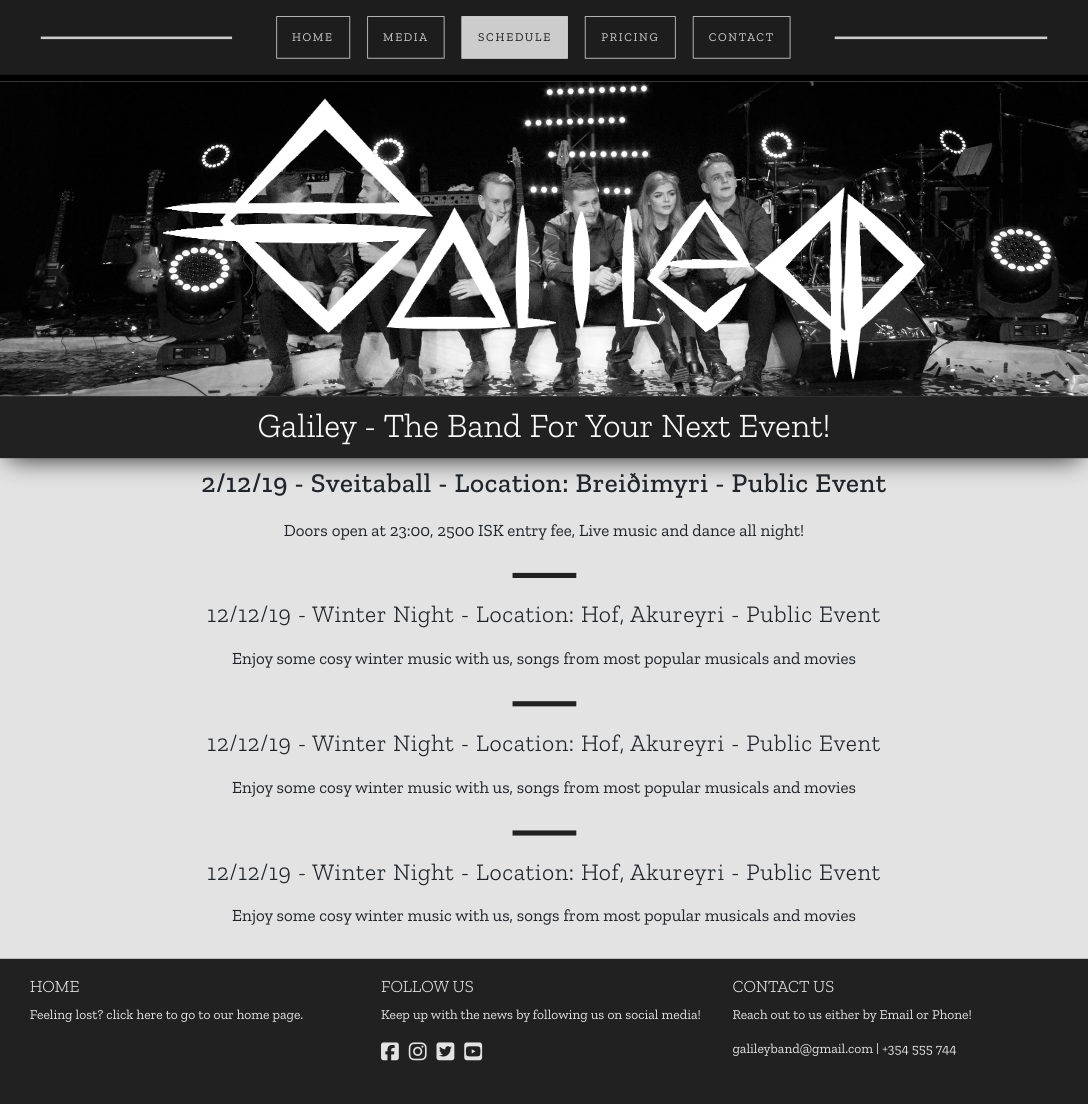
Repository: HeimirDavid/Galiley-Website
Page: schedule.html
The author's editor kept a record of every edit. The page is drawn from the files as they stood at one moment, then again after the next edit.
The browser window is 1280 px wide. The pictures show the whole page, at 85% of full size.
Some web libraries are served in a nearby version.

Above is the page before.

### schedule.html
<!DOCTYPE html>
<html lang="en">

<head>
    <meta charset="UTF-8">
    <meta name="viewport" content="width=device-width, initial-scale=1.0">
    <meta http-equiv="X-UA-Compatible" content="ie=edge">

    <link rel="stylesheet" href="https://stackpath.bootstrapcdn.com/bootstrap/4.3.1/css/bootstrap.min.css" integrity="sha384-ggOyR0iXCbMQv3Xipma34MD+dH/1fQ784/j6cY/iJTQUOhcWr7x9JvoRxT2MZw1T" crossorigin="anonymous">
    <link rel="stylesheet" href="https://cdnjs.cloudflare.com/ajax/libs/hover.css/2.3.1/css/hover-min.css" type="text/css" />
    <link rel="stylesheet" href="assets/css/style.css" type="text/css" />

    <script src="https://code.jquery.com/jquery-3.3.1.slim.min.js" integrity="sha384-q8i/X+965DzO0rT7abK41JStQIAqVgRVzpbzo5smXKp4YfRvH+8abtTE1Pi6jizo" crossorigin="anonymous"></script>
    <script src="https://cdnjs.cloudflare.com/ajax/libs/popper.js/1.14.7/umd/popper.min.js" integrity="sha384-UO2eT0CpHqdSJQ6hJty5KVphtPhzWj9WO1clHTMGa3JDZwrnQq4sF86dIHNDz0W1" crossorigin="anonymous"></script>
    <script src="https://stackpath.bootstrapcdn.com/bootstrap/4.3.1/js/bootstrap.min.js" integrity="sha384-JjSmVgyd0p3pXB1rRibZUAYoIIy6OrQ6VrjIEaFf/nJGzIxFDsf4x0xIM+B07jRM" crossorigin="anonymous"></script>
    <script src="https://kit.fontawesome.com/2ea8c5e5d2.js" crossorigin="anonymous"></script>

    <title>Galiley</title>
</head>

<body>
    <header>
        <!------ Header Navigation Menu, Mainly written with bootstrap  ------>
        <div class="row no-gutters">
            <div class="col black-container">
                <nav class="navbar fixed-top navbar-expand-md navbar-dark bg-dark" id="navbar-black-color">
                    <!-- Navbar position with help of this  -->
                    <a class="navbar-brand" href="index.html">Galiley - Home</a>
                    <!-- tutorial: https://www.youtube.com/watch?v=NzjU1GmKosQ&t=90s  -->
                    <button class="navbar-toggler" type="button" data-toggle="collapse" data-target="#navbarSupportedContent" aria-controls="navbarSupportedContent" aria-expanded="false" aria-label="Toggle navigation">
                    <span class="navbar-toggler-icon"></span></button>
                    <div class="collapse navbar-collapse" id="navbarSupportedContent">
                        <ul class="navbar-nav m-auto">
                            <li class="nav-item menuitem">
                                <a class="nav-link" href="index.html"><span>Home</span></a>
                            </li>
                            <li class="nav-item menuitem">
                                <a class="nav-link" href="media.html"><span>Media</span></a>
                            </li>
                            <li class="nav-item menuitem active-item">
                                <a class="nav-link" href="schedule.html"><span>Schedule</span></a>
                            </li>
                            <li class="nav-item menuitem">
                                <a class="nav-link" href="pricing.html"><span>Pricing</span></a>
                            </li>
                            <li class="nav-item menuitem">
                                <a class="nav-link" href="contact.html"><span>Contact</span></a>
                            </li>
                        </ul>
                    </div>
                </nav>
            </div>
        </div>

        <!------ Header Logo Image ------>
        <div class="logo-container">
            <div class="row no-gutters">
                <div class="col header-background-img">
                    <a href="#">
                    <img class="logo-white" src="assets/images/galiley_vit.png">
                </a>
                </div>
            </div>
        </div>

        <!------ Header Text  ------>
        <div class="row no-gutters">
            <div class="col h1-heading">
                <h1>Galiley - The Band For Your Next Event!</h1>
            </div>
        </div>
    </header>

    <section class="container">
        <div class="row">
            <div class="col text-center">
                <h3 class="header-h3 schedule-header">2/12/19 - Sveitaball - Location: Breiðimyri - Public Event</h3>
                <p class="p-text">
                    Doors open at 23:00, 2500 ISK entry fee, Live music and dance all night!
                </p>
                <hr class="block-devider">
                <h3 class="header-h3">12/12/19 - Winter Night - Location: Hof, Akureyri - Public Event</h3>
                <p class="p-text">
                    Enjoy some cosy winter music with us, songs from most popular musicals and movies
                </p>
                <hr class="block-devider">
                <h3 class="header-h3">12/12/19 - Winter Night - Location: Hof, Akureyri - Public Event</h3>
                <p class="p-text">
                    Enjoy some cosy winter music with us, songs from most popular musicals and movies
                </p>
                <hr class="block-devider">
                <h3 class="header-h3">12/12/19 - Winter Night - Location: Hof, Akureyri - Public Event</h3>
                <p class="p-text">
                    Enjoy some cosy winter music with us, songs from most popular musicals and movies
                </p>
            </div>
        </div>

    </section>
    <!--
    <section class="container-fluid">
        <div class="row">
            <div class="col schedule-col">
                <div class="table-responsive">
                    <table class="table table-hover table-dark">
                        <thead>
                            <tr>
                                <th scope="col">Date</th>
                                <th scope="col">Type</th>
                                <th scope="col">Location</th>
                                <th scope="col">Public/Closed</th>
                            </tr>
                        </thead>
                        <tbody>
                            <tr>
                                <th scope="row">1</th>
                                <td>Mark</td>
                                <td>Otto</td>
                                <td>@mdo</td>
                            </tr>
                            <tr>
                                <th scope="row">2</th>
                                <td>Jacob</td>
                                <td>Thornton</td>
                                <td>@fat</td>
                            </tr>
                            <tr>
                                <th scope="row">3</th>
                                <td colspan="2">Larry the Bird</td>
                                <td>@twitter</td>
                            </tr>
                        </tbody>
                    </table>
                </div>
            </div>
        </div>
    </section>
    -->

    <footer>
        <!------ Footer section, Mainly structured and written with the help from CI tutorials from the Resume-Project.
                             Since i liked the design and strucure and felt that it fits well within this project. ------>
        <div class="container-fluid">
            <div class="row" id="footer-details">
                <div class="col-sm-4">
                    <h5 class="uppercase footer-heading">
                        <a href="index.html" class="footer-links">Home</a>
                    </h5>
                    <p class="inline-block">Feeling lost? click here to go to our home page.</p>
                </div>

                <div class="col-sm-4">
                    <h5 class="uppercase footer-heading">Follow Us</h5>
                    <p class="inline-block">Keep up with the news by following us on social media!</p>
                    <ul class="list-inline social-media-links">
                        <li class="list-inline-item">
                            <a class="footer-links" target="_blank" href="https://www.facebook.com/GalileyBand/">
                                <i class="fab fa-facebook-square"></i>
                                <span class="sr-only">Facebook</span>
                            </a>
                        </li>
                        <li class="list-inline-item">
                            <a class="footer-links" target="_blank" href="#">
                                <i class="fab fa-instagram"></i>
                                <span class="sr-only">Instagram</span>
                            </a>
                        </li>
                        <li class="list-inline-item">
                            <a class="footer-links" target="_blank" href="#">
                                <i class="fab fa-twitter-square"></i>
                                <span class="sr-only">Twitter</span>
                            </a>
                        </li>
                        <li class="list-inline-item">
                            <a class="footer-links" target="_blank" href="#">
                                <i class="fab fa-youtube-square"></i>
                                <span class="sr-only">Youtube</span>
                            </a>
                        </li>
                    </ul>
                </div>

                <div class="col-sm-4">
                    <h5 class="uppercase footer-heading">Contact Us</h5>
                    <p class="inline-block">Reach out to us either by Email or Phone!</p>
                    <p>galileyband@gmail.com | +354 555 744</p>
                </div>
            </div>
        </div>
    </footer>
</body>

</html>

### assets/css/style.css
@import url('https://fonts.googleapis.com/css?family=Zilla+Slab:300,400,500,600,700&display=swap');

html {
    scroll-behavior: smooth;
}

body {
    font-family: 'Zilla Slab', serif;
    background-color: #e3e3e3;
    overflow-x: hidden;
}

/*--------------------------------- Colour */

.green-color {
    background-color: #35af7e;
}

.grey-color {
    background-color: #c5c5c5;
}

.grey-blue {
    background-color: #76809a;
}
/*------------------------------- Special padding/margins/text */

h1, h2, h3, h4, h5 {
    margin: 0;
}

.uppercase {
    text-transform: uppercase;
}

.inline-block {
    display: inline-block;
}

.block-devider {
    width: 75px;
    height: 5px;
    background-color: #212121;
}

.block-devider-white {
    width: 75px;
    height: 5px;
    background-color: #e3e3e3;
}

.container-fluid {
    padding: 0;
}

.row {
    margin-right: 0;
    margin-left: 0;
}

/*--------------------------------- General and shares styles/items */

.text-center {
    text-align: center;
}

.item-center {
    item-align: center;
}

.gotop-col {
    padding: 20px;
}

.gotopbtn {
    text-align: center;
    text-decoration: none;
    color: #212121;
    font-size: 1.5em;
    margin: 20px 20px;
    transition: ease-in-out 0.3s;
    -moz-transition: ease-in-out 0.3s;
    -webkit-transition: ease-in-out 0.3s;
    -o-transition: ease-in-out 0.3s;
}

.gotopbtn:hover {
    color: #a5a5a5;
    text-decoration: none;
}

.btn-book {
    font-size: 24px;
    border-radius: 2px;
    background-color: rgba(33, 33, 33, 0.5);
    border-color: rgba(33, 33, 33, 0)
}

/*--------------------------------- Headings text styles */

.header-h2 {
    font-weight: 500;
    padding: 10px 10px 20px 10px;
    letter-spacing: 1.5px;
}

.header-h3 {
    font-weight: 300;
    letter-spacing: 0.7px;
    padding: 10px;
}

.header-h4 {
    font-weight: 400;
    letter-spacing: 0.8px;
    font-size: 28px;
    padding: 10px;
}

.header-h5 {
    font-weight: 400;
    font-size: 24px;
    letter-spacing: 0.8px;
    padding: 10px;
}

/*--------------------------------- Navbar/Menu */

.navbar {
    opacity: 0.9;
    text-align: center;
    padding-bottom: 1.2em;
}

.menuitem {
    height: 50px;
    text-align: center;
    padding-left: 10px;
    padding-right: 10px;
    margin: 0px 10px 0px 10px;
    border: 1px solid #e3e3e3;
    transition: ease-in-out 0.3s;
    -moz-transition: ease-in-out 0.3s;
    -webkit-transition: ease-in-out 0.3s;
    -o-transition: ease-in-out 0.3s;
}

.menuitem a {
    width: 100%;
    text-decoration: none;
    color: #e3e3e3;
}

.menuitem a i {
    padding-top: 22px;
    display: block;
    color: #e3e3e3;
    font-size: 26px;
}

.menuitem span {
    display: block;
    width: 100%;
    padding-top: 5px;
    text-align: center;
    text-transform: uppercase;
    font-size: 14px;
    font-weight: 400;
    letter-spacing: 2px;
    transition: ease-in-out 0.3s;
    -moz-transition: ease-in-out 0.3s;
    -webkit-transition: ease-in-out 0.3s;
    -o-transition: ease-in-out 0.3s;
    color: #e3e3e3;

}

.menuitem:hover {
    background-color: #e3e3e3;
}

.menuitem:hover.menuitem span {
    color: #212121;
}

.navbar::before,     /* Before and After used from inspiration of this tutorial: https://www.youtube.com/watch?v=zGiirUiWslI   */
.navbar::after {
    content: "";
    margin-left: 2em;
    margin-right: 2em;
    width: 18%;
    height: 0.2em;
    background-color: #e3e3e3;
}

.navbar-nav .active-item span {
    color: #212121;
}

.navbar-nav .active-item {
    background-color: #e3e3e3;
}

.navbar::after {
    width: 20%;
}

.fixed-top {
    padding-top: 1.2em;
}

.navbar-brand {
    display: none;
}

#navbar-black-color {
    background-color: #212121!important;
}




/*--------------------------------- Header */

.black-container {
    position: relative;
    top: 0;
    left: 0;
    width: 100%;
    height:6em;
    background-color: #000;
}

.h1-heading {
    color: #fafafa;
    padding: 10px 0px 15px 0px;
    text-align: center;
    background-color: #212121;
    box-shadow: 0px 10px 30px -10px #212121;
}

.h1-heading h1 {
    font-weight: 300;
}

.header-background-img {
    display: block;
    background-image: url("../images/galiley_diddi.jpg");
    padding: 20px;
    background-size: cover;
}

/*
.logo-container {
    margin-top: 7%;
}
*/

.logo-white {
    opacity: 1.9;
    display: block;
    margin-left: auto;
    margin-right: auto;
    width: 70%;
}

/*--------------------------------- Footer */

footer {
    background-color: #212121;
    color: #e3e3e3;
    min-height: 100px;
    margin: 0;
}

.footer-heading {
    font-weight: 300;
    text-decoration: none;
    margin-bottom: 10px;
}

.footer-heading a {
    transition: ease-in-out 0.3s;
    -moz-transition: ease-in-out 0.3s;
    -webkit-transition: ease-in-out 0.3s;
    -o-transition: ease-in-out 0.3s;
}

.footer-heading a:hover {
    color: #a5a5a5;
    text-decoration: none;
}

.footer-links {
    color: #e3e3e3;
}

.social-media-links {
    padding-bottom: 10px;
}

.social-media-links li a i {
    font-size: x-large;
    padding: 10px 0px;
    line-height: 10px;
    transition: ease-in-out 0.3s;
    -moz-transition: ease-in-out 0.3s;
    -webkit-transition: ease-in-out 0.3s;
    -o-transition: ease-in-out 0.3s;
}

.social-media-links li a i:hover {
    color: #35af7e;
}

#footer-details {
    padding: 20px;
}

/*--------------------------------- About - Section / What we offer - Section */

.about-offer-row {
    padding: 20px 0px;
}

.p-text {
    font-size: 20px;
    padding: 10px 10px 20px 10px;
}

.about-row {
    padding: 60px 10px 20px 10px;
}

.offer-card {
    background-color: #212121;
    color: #e3e3e3;
    padding: 20px;
    margin-bottom: 45px;
    box-shadow: 3px 3px 15px 0px #000;
    opacity: 0.9;
}

/*--------------------------------- Reviews - section */

.review-header {
    background-color: #212121;
    color: #fafafa;
    padding: 10px 0px 15px 0px;
    text-align: center;
    box-shadow: 0px 1px 10px 1px #212121;
}

.review-header h2 {
    font-weight: 300;
}

.review-cards {
    background-color: #212121;
    color: #e3e3e3;
    opacity: 0.9;
    max-width: 250px;
    padding: 20px;
    margin: 30px;
    margin-right: auto;
    margin-left: auto;
    text-align: center;
    border-radius: 10px;
    box-shadow: 5px 5px 15px 0px #212121;
}

.cards-header {
    font-weight: 300;
    letter-spacing: 0.8px;
    margin-bottom: 15px;
}

.review-p {
    font-size: 18px;
    font-weight: 200;
    letter-spacing: 0.8px;
}

/*--------------------------------- Setlist Section / Video Section */

.spotify-header-row {
    background-color: #35af7e;
}

.media-header {
    padding: 20px;
    font-weight: 300;
    font-size: 38px;
}

.spotify-row {
    margin-bottom: 40px;
}

.setlist-header-col {
    color: #000;
    padding: 30px;
}

.media-h4 {
    font-weight: 300;
    font-size: 30px;
    padding: 10px;
}

.media-p {
    font-size: 22px;
    font-weight: 300;
}

.spotify-col {
    color: #e3e3e3;
    background-color: rgba(0, 0, 0, 0.5);
    margin: auto;
    margin-top: 20px;
    padding: 20px 10px 0px 10px;
    max-width: 300px;
    border-radius: 12px;
    border-radius: 10px;
    box-shadow: 5px 5px 15px 0px #212121;
}

.spotify-col::before {
    content: "";
    top: 0;
    left: 0;
    background-color: #212121;
    height: 100px;
    width: 1em;
}

.spotify-player {
    opacity: .96;
}

.video-header-col {
    background-color: #212121;
    color: #e3e3e3;
    padding: 20px 0px;
    box-shadow: 0px 10px 30px -10px #212121;
}

.youtube-col {
    padding: 10px;
}

.youtube-container {  /*   Code copied to make youtube player responsive. Source: https://avexdesigns.com/responsive-youtube-embed/    */
position: relative;
padding-bottom: 56.25%;
padding-top: 30px; height: 0; overflow: hidden;
}

.youtube-container iframe,
.youtube-container object,
.youtube-container embed {
position: absolute;
top: 0;
left: 0;
width: 100%;
height: 100%;
}

/*--------------------------------- Pricing */

.pricing-col {
    padding-top: 30px;
    height: 100%;
    background-color: #4b4b4b;
    color: #e3e3e3;
}

.package-header-row {
    padding-top: 30px;
    color: #e3e3e3;
}

.package-row {
    padding-top: 30px;
    color: #e3e3e3;
}

.package-cards {
    box-shadow: 1px 1px 1px 1px #cacaca;
    padding: 20px 10px;
    margin-top: 15px;
    margin-bottom: 15px;
}

.package-cards ul {
    list-style: none;
    padding:0;
}

.package-cards ul li {
        margin: 10px 0px;
}

/*--------------------------------- Contact Page */

.header-h5-contact {
    font-weight: 600;
    font-size: 24px;
    letter-spacing: 0.8px;
    padding: 10px;
}

.contact-form {
    max-width: 80%;
    margin: 30px auto 10px auto;
}

.contact-col {
    margin-top: 20px;
}

.form-control {
    border-radius: 2px;
    background-color: #dcdfe2;
}

.btn-contact {
    color: #e3e3e3;
    background-color: #212121;
    font-size: 20px;
    padding: 12px;
    border-radius: 2px;
    margin: 20px;
    transition: ease-in-out 0.3s;
    -moz-transition: ease-in-out 0.3s;
    -webkit-transition: ease-in-out 0.3s;
    -o-transition: ease-in-out 0.3s;
}

.btn-contact:hover {
    background-color: #35af7e;
}

/*--------------------------------- Schedule Page */

.schedule-row {
    margin: 20px;
}

.schedule-header {
    font-weight: 500;
    font-size: 32px;
}

/*--------------------------------- Media Queries */

@media (max-width: 767px) {

    .navbar::before,
    .navbar::after {
        display: none;
    }

    .navbar-brand {
        display: block;
    }

    .fixed-top {
        padding: 1em;
    }

    .reviews-container {
        background-color: #e3e3e3;
    }

    .reviews-container {
        background: #e3e3e3;
    }

    .package-row,
    .package-row .package-header-row
    {
        background-color: #e3e3e3;
        color: #212121;
    }
}

@media (min-width: 767px) {

    /* Images use and fixed image website layout inspiried by this tutorial: https://www.youtube.com/watch?v=PWoOpJtkyjI */
    #about-image { /* Image from unsplash taken by Luca Baggio */
        background-image: url("../images/about-background.jpg");
        background-attachment: fixed;
        background-size: cover;
        height: 120vh;
        width: 100%;
    }

    #spotify-background-img {
        background-image: url("../images/spotify-background-img.jpg");
        background-attachment: fixed;
        background-size: cover;
        height: 120vh;
        width: 100%;
    }

    #offer-image {
        background-image: url("../images/galiley-offer.jpg");
        background-attachment: scroll;
        background-size: cover;
        height: 100%;
        width: 100%;
        box-shadow: 0px -3px 7px 0px;
    }

    #packages-img {
        background-image: url("../images/packages-img.jpg");
        background-attachment: scroll;
        background-size: cover;
        height: 100%;
        width: 100%;
    }

    /*
    .green-black-img {
        background-image: url("../images/setlist-background.png");
        background-attachment: fixed;
        background-size: cover;
        box-shadow: 0px -3px 7px 0px;
    }
    */

    .about-offer-row {
    padding: 60px 10px 20px 10px;
    }

    .youtube-row {
        padding-top: 50px;
    }

    .youtube-col {
        padding: 10px 100px;
    }
}

@media (min-width: 767px) and (max-width: 1000px) {
    #about-image {
        background-image: url("../images/about-background.jpg");
        background-attachment: fixed;
        background-size: cover;
        height: 200vh;
        width: 100%;
    }

        #spotify-background-img {
        background-image: url("../images/spotify-background-img.jpg");
        background-attachment: fixed;
        background-size: cover;
        height: 250vh;
        width: 100%;
    }
}

@media (max-width: 576px) {
    /* To get rid of padding and margin to link up "Offer section" and "reviews section" in mobile view */
    .about-offer-row {
    padding-top: 20px;
    }

    .offer-card {
        margin: 0;
    }
}

After the next edit:
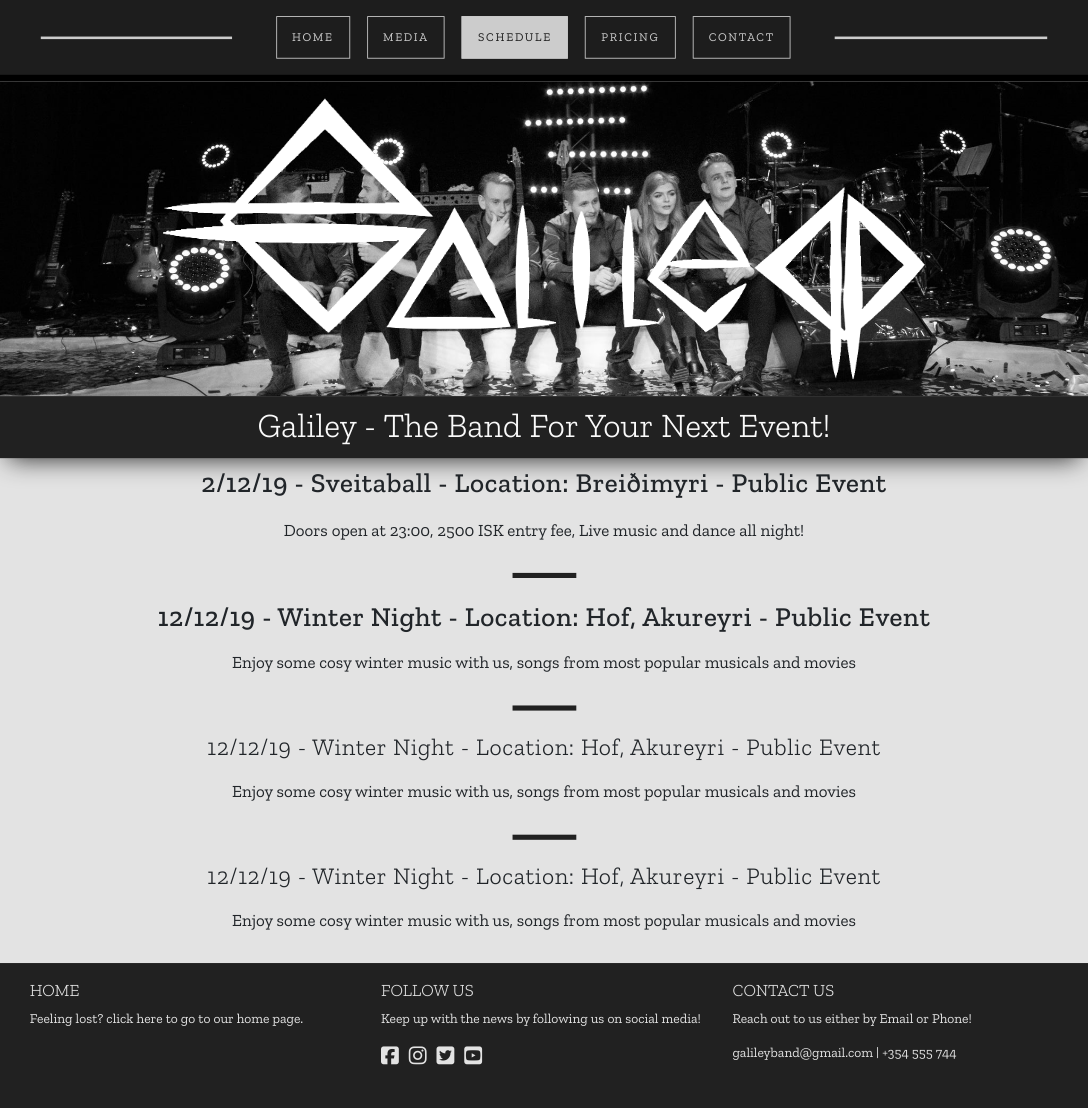
The edit:
--- a/schedule.html
+++ b/schedule.html
@@ -79,7 +79,7 @@
                     Doors open at 23:00, 2500 ISK entry fee, Live music and dance all night!
                 </p>
                 <hr class="block-devider">
-                <h3 class="header-h3">12/12/19 - Winter Night - Location: Hof, Akureyri - Public Event</h3>
+                <h3 class="header-h3 schedule-header">12/12/19 - Winter Night - Location: Hof, Akureyri - Public Event</h3>
                 <p class="p-text">
                     Enjoy some cosy winter music with us, songs from most popular musicals and movies
                 </p>
